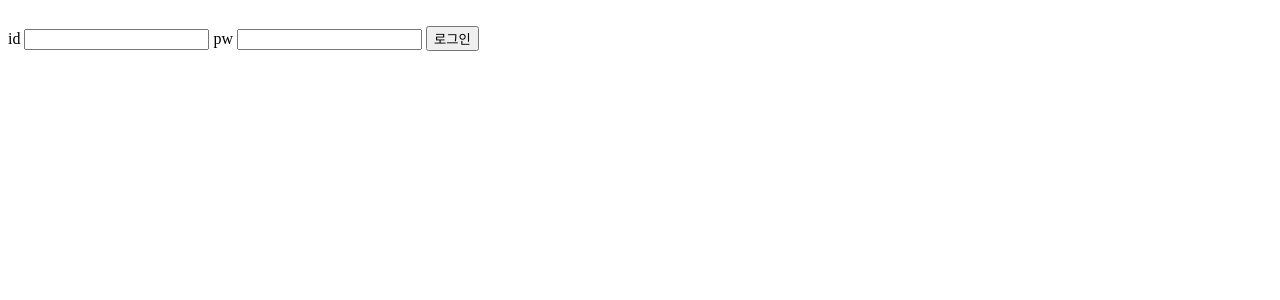
Repository: EunhaKyeong/studyRepo
Page: http://localhost/tutorial/login.do
These files come from the project's save history. The page is drawn as it stood at one moment and after the next save; the edit follows.
The browser window is 1280 px wide. The pictures show the whole page.
The page is served by Tomcat 9.

Above is the page before, as saved 2020-12-05 16:35:27.

After the next save:
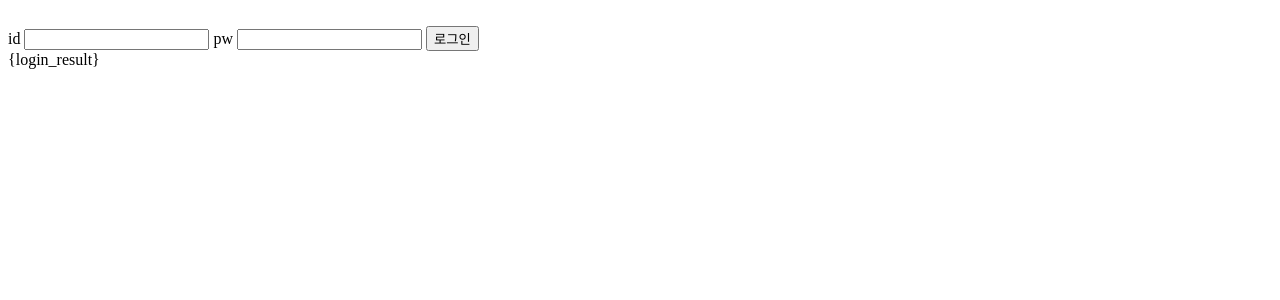
Saved 5 min 17 s later.
--- a/SPRING/spring/tutorial/src/main/webapp/WEB-INF/views/test/login.jsp
+++ b/SPRING/spring/tutorial/src/main/webapp/WEB-INF/views/test/login.jsp
@@ -13,7 +13,7 @@
 	pw <input type="password" id="pw">
 	<input type=button id="btnLogin" value="로그인">
 
-	<div id="login_result"></div>
+	<div id="login_result">{login_result}</div>
 
 	<script src="/resources/js/login.js"></script>
 </body>
